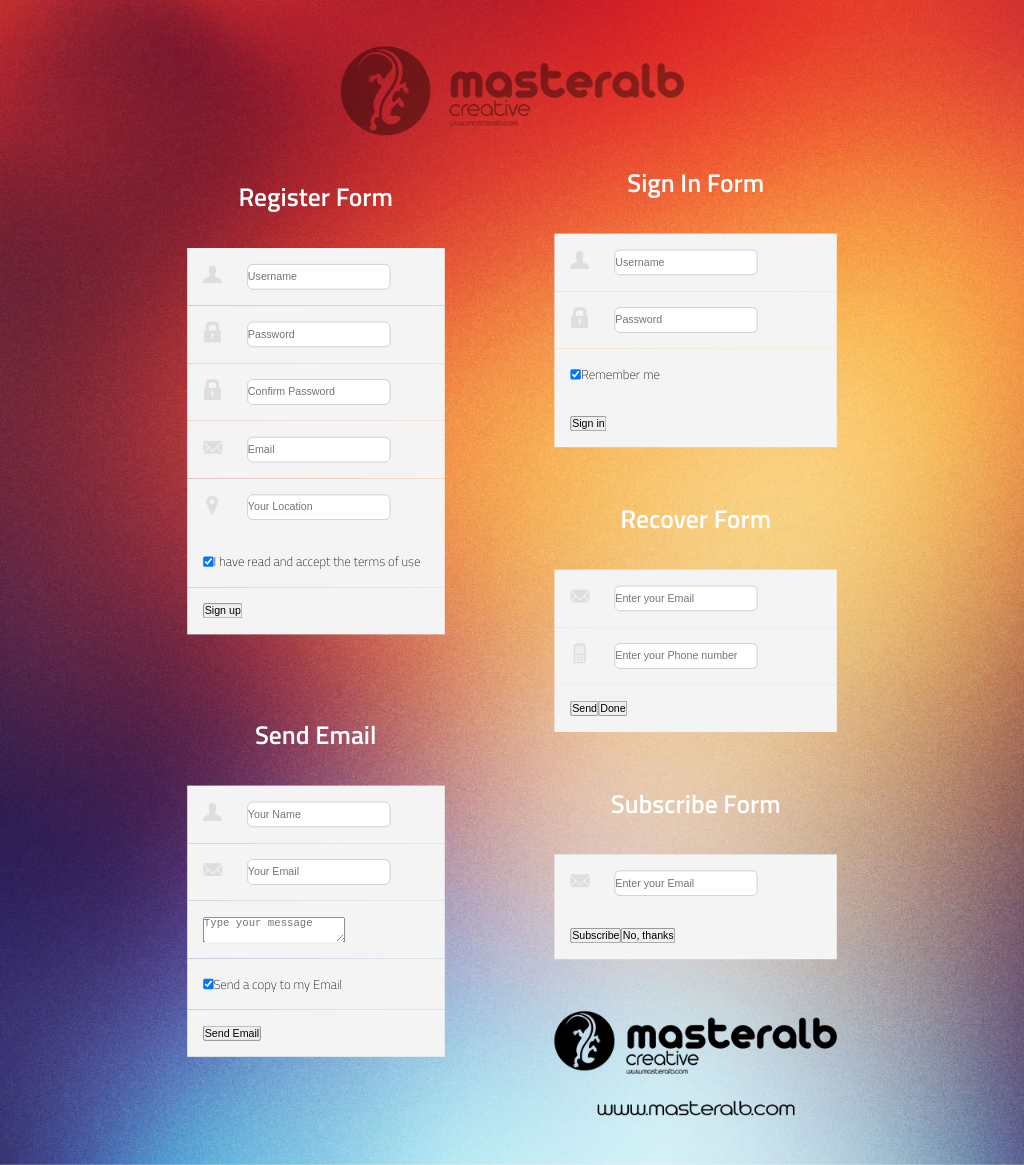
Repository: achwesiuk/PSD-Masteralb
Page: index.html
The author's editor kept a copy of each file at every save. The page is drawn from the files as they stood at one save, then again after the next save.
The browser window is 1280 px wide. The pictures show the whole page, at 80% of full size.
Backgrounds fixed to the window are drawn as part of the page. The style sheet was rebuilt from its Sass, Less or Tailwind sources for each picture, by a compiler version that may differ from the author's.

Above is the page before, as saved 2021-03-12 18:18:34.

### index.html
<!DOCTYPE html>
<html lang="en">
<head>
    <meta charset="UTF-8">
    <meta http-equiv="X-UA-Compatible" content="IE=edge">
    <meta name="viewport" content="width=device-width, initial-scale=1.0">
    <title>Masteralb Creative</title>
    <link rel="stylesheet" type="text/css" href="css/main.css">
    <link href="https://fonts.googleapis.com/css2?family=Titillium+Web:wght@200;600&display=swap" rel="stylesheet">
</head>
<body>
    <header class="header">
        <img src="img/logo_1.png" alt="Logo 1" class="header__logo">
    </header>
    <main class="main">
        <div class="container">
            <h3 class="container__header">Register Form</h3>
            <form class="form">
                <div class="form__group">
                    <label for="name-1" class="form__desc">
                        <img src="img/username.png" alt="Username" class="form__img">
                    </label>
                    <span class="form__line"></span>
                    <input type="text" id="name-1" placeholder="Username" class="form__input" required>
                </div>

                <div class="form__group">
                    <label for="password-1" class="form__desc">
                        <img src="img/password.png" alt="Password" class="form__img">
                    </label>
                    <span class="form__line"></span>
                    <input type="password" id="password-1" placeholder="Password" class="form__input" required>
                </div>

                <div class="form__group">
                    <label for="confirm" class="form__desc">
                        <img src="img/password.png" alt="Password" class="form__img">
                    </label>
                    <span class="form__line"></span>
                    <input type="text" id="confirm" placeholder="Confirm Password" class="form__input" required>
                </div>

                <div class="form__group">
                    <label for="message-1" class="form__desc">
                        <img src="img/email.png" alt="Email" class="form__img">
                    </label>
                    <span class="form__line"></span>
                    <input type="email" id="message-1" placeholder="Email" class="form__input" required>
                </div>

                <div class="form__group">
                    <label for="location" class="form__desc">
                        <img src="img/icon_maps.png" alt="Location" class="form__img">
                    </label>
                    <span class="form__line"></span>
                    <input type="text" id="location" placeholder="Your Location" class="form__input" required>
                </div>

                <div class="form__group">
                    <input type="checkbox" name="terms" class="form__tick" checked>
                    <label class="form__desc">I have read and accept the terms of use</label>
                </div>

                <div class="form__group">
                    <input type="submit" value="Sign up" class="form__btn form__btn--big">
                </div>
            </form>
        </div>

        <div class="container">
            <h2 class="container__header">Send Email</h2>
            <form class="form">
                <div class="form__group">
                    <label for="name-2" class="form__desc">
                         <img src="img/username.png" alt="Username" class="form__img">
                    </label>
                    <span class="form__line"></span>
                    <input type="text" id="name-2" placeholder="Your Name" class="form__input" required>
                </div>

                <div class="form__group">
                    <label for="message-2" class="form__desc">
                        <img src="img/email.png" alt="Email" class="form__img">
                    </label>
                    <span class="form__line"></span>
                    <input type="email" id="message-2" placeholder="Your Email" class="form__input" required>
                </div>

                <div class="form__group">
                    <textarea name="message" placeholder="Type your message" class="form__message"></textarea>
                </div>

                <div class="form__group">
                    <input type="checkbox" name="terms" class="form__tick" checked>
                    <label class="form__desc">Send a copy to my Email</label>
                </div>

                <div class="form__group">
                    <input type="submit" value="Send Email" class="form__btn form__btn--big">
                </div>
            </form>
        </div>

        <div class="container">
            <h2 class="container__header">Sign In Form</h2>
            <form class="form">
                <div class="form__group">
                    <label for="name-3" class="form__desc">
                        <img src="img/username.png" alt="Username" class="form__img">
                    </label>
                    <span class="form__line"></span>
                    <input type="text" id="name-3" placeholder="Username" class="form__input" required>
                </div>

                <div class="form__group">
                    <label for="password-2" class="form__desc">
                        <img src="img/password.png" alt="Password" class="form__img">
                    </label>
                    <span class="form__line"></span>
                    <input type="password" id="password-2" placeholder="Password" class="form__input" required>
                </div>

                <div class="form__group">
                    <input type="checkbox" name="terms" class="form__tick" checked>
                    <label class="form__desc">Remember me</label>
                </div>

                <div class="form__group">
                    <input type="submit" value="Sign in" class="form__btn form__btn--big">
                </div>
            </form>
        </div>

        <div class="container">
            <h2 class="container__header">Recover Form</h2>
            <form class="form">
                <div class="form__group">
                    <label for="email-3" class="form__desc">
                        <img src="img/email.png" alt="Email" class="form__img">
                    </label>
                    <span class="form__line"></span>
                    <input type="email" id="email-3" placeholder="Enter your Email" class="form__input" required>
                </div>

                <div class="form__group">
                    <label for="number" class="form__desc">
                        <img src="img/phone.png" alt="Phone Number" class="form__img">
                    </label>
                    <span class="form__line"></span>
                    <input type="text" id="number" placeholder="Enter your Phone number" class="form__input" required>
                </div>

                <div class="form__group">
                    <input type="submit" value="Send" class="form__btn form__btn--small">
                    <input type="submit" value="Done" class="form__btn form__btn--small">
                </div>
            </form>
        </div>

        <div class="container">
            <h2 class="container__header">Subscribe Form</h2>
            <form class="form">
                <div class="form__group">
                    <label for="email-4" class="form__desc">
                        <img src="img/email.png" alt="Email" class="form__img">
                    </label>
                    <span class="form__line"></span>
                    <input type="email" id="email-4" placeholder="Enter your Email" class="form__input" required>
                </div>

                <div class="form__group">
                    <input type="submit" value="Subscribe" class="form__btn form__btn--small">
                    <input type="submit" value="No, thanks" class="form__btn form__btn--small">
                </div>
            </form>
        </div>

        <div class="container">
            <div class="logo-down">
                <img src="img/logo_2.png" alt="Logo" class="logo-down__img">
            </div>
        </div>
    </main>
</body>
</html>

### sass/main.scss
:root {
    --color-white: #fff;
    --color-grey-1: #f4f4f4;
    --color-grey-2: #dedede;
    --color-grey-3: #c6c6c6;
    --color-grey-4: #afafaf;

    --color-green-light: #bddb98;
    --color-green: #94d12d;
    --color-red: #f4495b;
    --color-black: #000;

    --shadow-dark: 0 2rem 6rem rgba(#000, .3);
    --line: 1px solid var(--color-primary-2);
}

*,
*::before,
*::after{
    margin: 0;
    padding: 0;
    box-sizing: inherit;
}

html{
    font-size: 62.5%; //10px
}

body {
    box-sizing: border-box;
    max-width: 95rem;
    margin: 5.5rem auto;
    font-family: 'Titillium Web', sans-serif;
    background: url(../img/bg.jpg) no-repeat fixed center;
    background-size: cover;
    //min-height: 125rem;
}

.header {
    margin-bottom: 3rem;

     &__logo {
         display: block;
         margin: 0 auto;
         opacity: .4;
     }
}

.main {
    display: flex;
    flex-direction: column;
    flex-wrap: wrap;
    justify-content: space-around;
    align-content: space-around;
    height: 120rem;
}

.container {

    &__header {
        font-size: 3.2rem;
        font-weight: 600;
        color: var(--color-white);
        text-align: center;
        margin-bottom: 4rem;
    }
}

.form {
    display: flex;
    flex-direction: column;
    flex: 1;

    font-size: 1.6rem;
    margin-bottom: 6rem;

    &__group {
        display: flex;
        //align-items: center;
        background-color: var(--color-grey-1);
        box-shadow: 0 2rem 2rem rgba(var(--color-black), .5);
        padding: 2rem;
    }

    &__desc {
        //padding: 2px;
        justify-content: center;
        align-items: center;

        margin-right: 1rem;
    }

    &__line {
        width: 1px;
        height: 10px;
        color: var(--color-grey-2);
        margin-right: 2rem;
    }

    &__input {
        color: var(--color-grey-4);
        border: 1px solid var(--color-grey-3);
        border-radius: .7rem;
        align-items: center;
    }
}

After the next save:
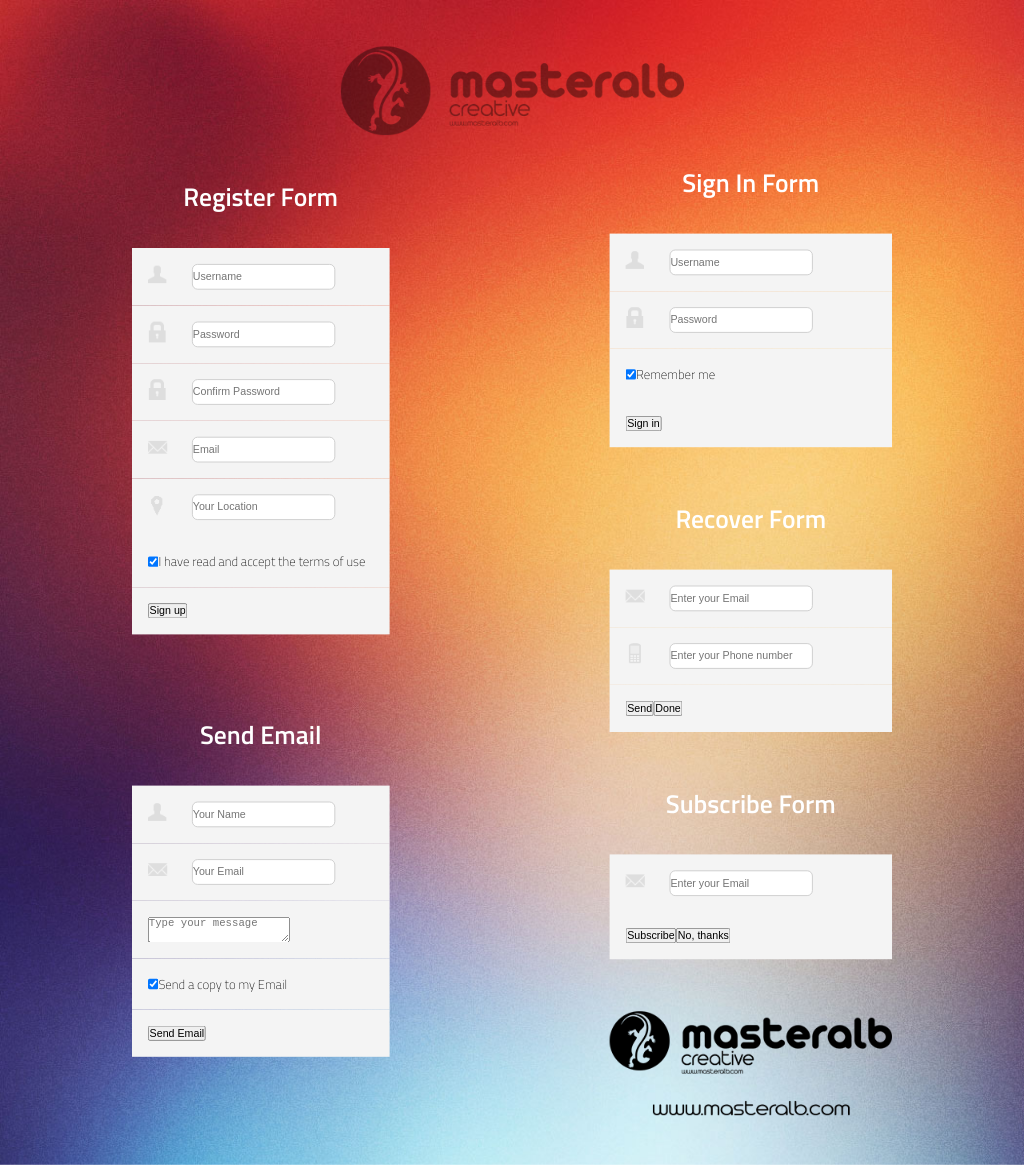
Saved 25 s later.
--- a/sass/main.scss
+++ b/sass/main.scss
@@ -51,7 +51,7 @@
     flex-direction: column;
     flex-wrap: wrap;
     justify-content: space-around;
-    align-content: space-around;
+    align-content: space-between;
     height: 120rem;
 }
 
